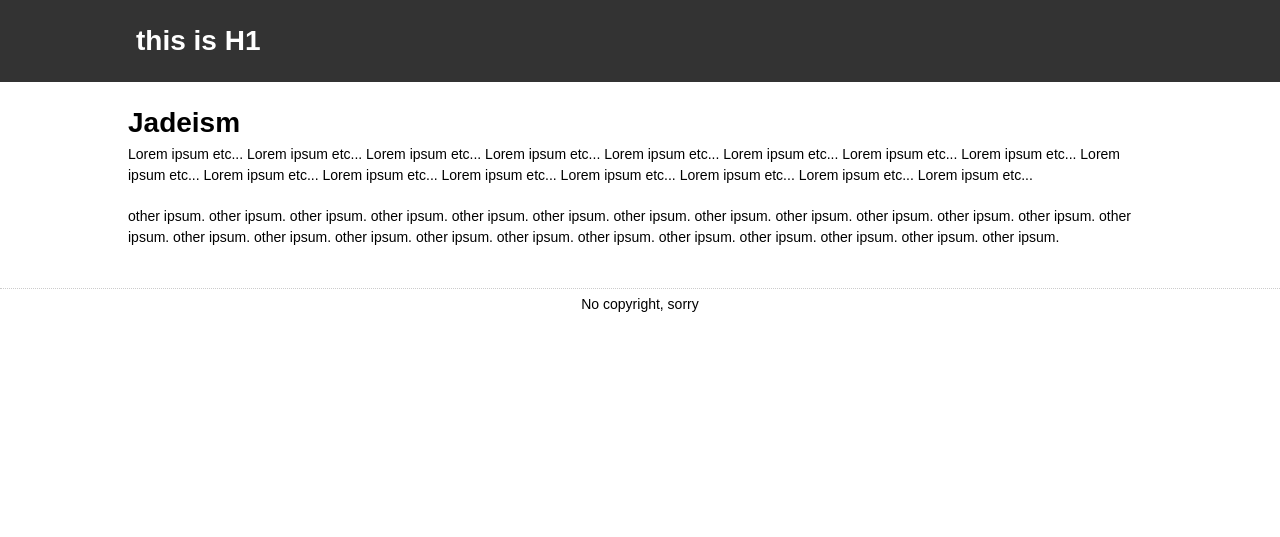
Repository: simonbcky/101
Page: http://localhost/j
The author's editor kept a record of every edit. The page is drawn from the files as they stood at one moment, then again after the next edit.
The browser window is 1280 px wide. The pictures show the whole page.
The page is served by the project's Node server (Jadestuff/index.js).

Above is the page before.

After the next edit:
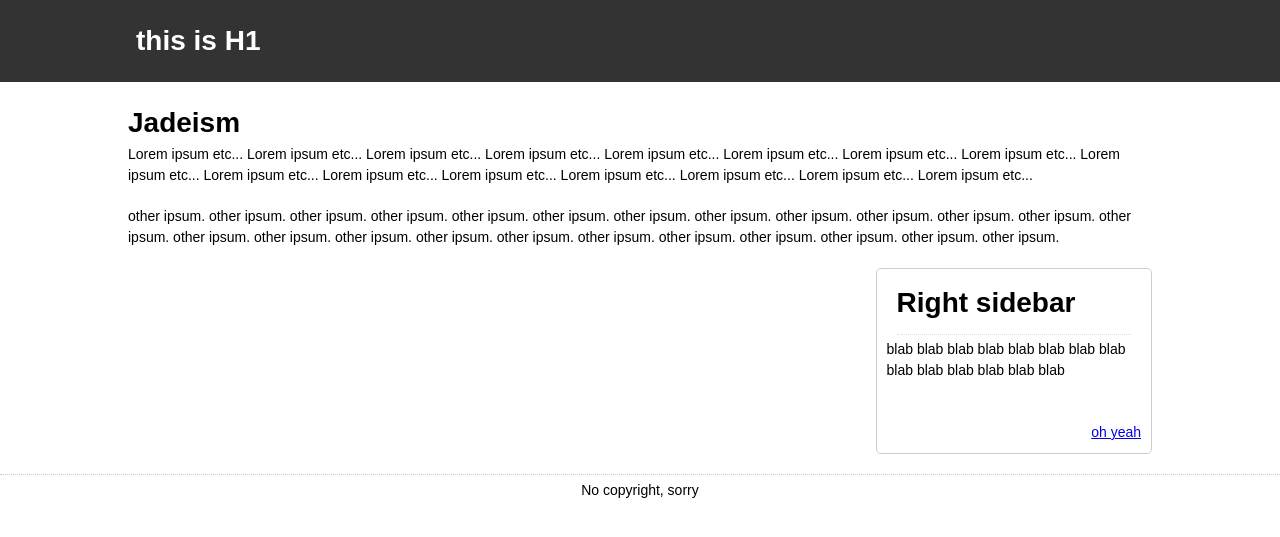
The edit:
--- a/Jadestuff/views/layout.jade
+++ b/Jadestuff/views/layout.jade
@@ -10,9 +10,8 @@
         .container
             .main-content
                 block content
-            .sidebar
-            //sidebar will come here
-                block sidebar
+                .sidebar
+                    block sidebar
         footer
             .container
             p No copyright, sorry
